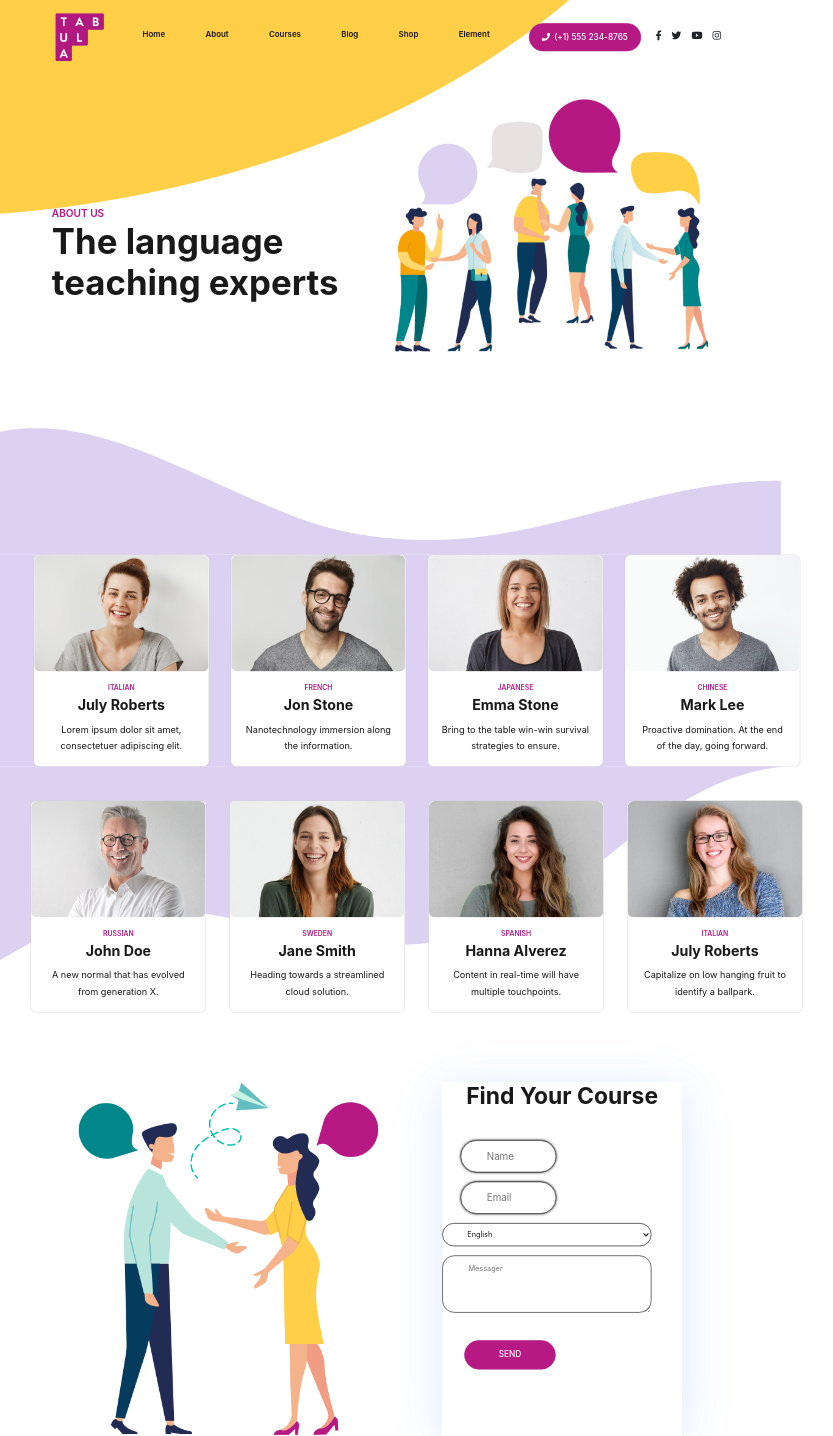
Repository: Khanh1234-glitch/TruongNguyenBaoKhanh_BC22_assignment__tabula
Page: Tabula/index.html
An editor plug-in stored every save of this project. The page is shown before and after the next save, followed by the edit.
The browser window is 1280 px wide. The page is 1366 px wide, so the pictures cover 1366 px, including what lies to the right of the window. The pictures show the whole page, at 61% of full size.
The style sheet was rebuilt from its Sass, Less or Tailwind sources for each picture, by a compiler version that may differ from the author's.

Above is the page before, as saved 2022-04-18 10:13:46.

### Tabula/index.html
<!doctype html>
<html lang="en">

<head>
    <title>Title</title>
    <!-- Required meta tags -->
    <meta charset="utf-8">
    <meta name="viewport" content="width=device-width, initial-scale=1, shrink-to-fit=no">
    <!-- link css -->
    <link rel="stylesheet" href="./css/style.css">
    <!-- link fontawesome -->
    <link rel="stylesheet" href="https://cdnjs.cloudflare.com/ajax/libs/font-awesome/5.15.4/css/all.min.css">
    <!-- Bootstrap CSS -->
    <link rel="stylesheet" href="https://stackpath.bootstrapcdn.com/bootstrap/4.3.1/css/bootstrap.min.css" integrity="sha384-ggOyR0iXCbMQv3Xipma34MD+dH/1fQ784/j6cY/iJTQUOhcWr7x9JvoRxT2MZw1T" crossorigin="anonymous">
</head>

<body>
    <header>
        <nav class="navbar container navbar-expand-md navbar-dark">
            <!-- Toggler/collapsibe Button -->
            <button class="navbar-toggler" type="button" data-toggle="collapse" data-target="#collapsibleNavbar">
                <span class="navbar-toggler-icon"></span>
            </button>
            <!-- Brand -->
            <img style="cursor:pointer" src="./img/crest.png" alt="">
            <!-- Navbar links -->
            <div class="collapse navbar-collapse " id="collapsibleNavbar">
                <ul class="navbar-nav ml-auto">
                    <li class="nav-item">
                        <a class="nav-link" href="#">Home</a>
                    </li>
                    <li class="nav-item">
                        <a class="nav-link" href="#">About</a>
                    </li>
                    <li class="nav-item">
                        <a class="nav-link" href="#">Courses</a>
                    </li>
                    <li class="nav-item">
                        <a class="nav-link" href="#">Blog</a>
                    </li>
                    <li class="nav-item">
                        <a class="nav-link" href="#">Shop</a>
                    </li>
                    <li class="nav-item">
                        <a class="nav-link" href="#">Element</a>
                    </li>
                    <li class="button">
                        <button class="btn-header"><i style="margin-right:7px;" class="fa fa-phone"></i> (+1) 555 234-8765</button>
                    </li>
                    <li class="nav-item" style="margin-top:10px">
                        <i class="fab fa-facebook-f"></i>
                        <i class="fab fa-twitter"></i>
                        <i class="fab fa-youtube"></i>
                        <i class="fab fa-instagram"></i>
                    </li>
                </ul>
            </div>
        </nav>
        <div class="hero-book container ">
            <div class="text-left">
                <span>ABOUT US</span>
                <h1>The language teaching experts</h1>
            </div>
            <div class="img-right">
                <img src="./img/hero_team.png" alt="">
            </div>
        </div>
    </header>
    <section class="column-img ">
        <img src="./img/Violet_top_left_wave.png" alt="">
        <div class="bg-card">
            <div class="container-card ">
                <div class="card" style="width: 18rem;">
                    <div class="img-card">
                        <img class="card-img-top" srcset="./img/teacher_1.jpg " alt="Card image cap">
                    </div>
                    <div class="card-body">
                        <p>ITALIAN</p>
                        <h5 class="card-title">July Roberts</h5>
                        <p class="card-text">Lorem ipsum dolor sit amet, consectetuer adipiscing elit.</p>
                    </div>
                </div>
                <div class="card" style="width: 18rem;">
                    <div class="img-card">
                        <img class="card-img-top" srcset="./img/teacher_2.jpg " alt="Card image cap">
                    </div>
                    <div class="card-body">
                        <p>FRENCH</p>
                        <h5 class="card-title">Jon Stone
                        </h5>
                        <p class="card-text">Nanotechnology immersion along the information.</p>
                    </div>
                </div>
                <div class="card" style="width: 18rem;">
                    <div class="img-card">
                        <img class="card-img-top" srcset="./img/teacher_3.jpg" alt="Card image cap">
                    </div>
                    <div class="card-body">
                        <p>JAPANESE</p>
                        <h5 class="card-title">Emma Stone</h5>
                        <p class="card-text">Bring to the table win-win survival strategies to ensure.</p>
                    </div>
                </div>
                <div class="card" style="width: 18rem;">
                    <div class="img-card">
                        <img class="card-img-top" srcset="./img/teacher_4.jpg " alt="Card image cap">
                    </div>
                    <div class="card-body">
                        <p>CHINESE</p>
                        <h5 class="card-title">Mark Lee</h5>
                        <p class="card-text">Proactive domination. At the end of the day, going forward.</p>
                    </div>
                </div>
            </div>
        </div>

        <img src="./img/Violet_bottom_left_wave.png" alt="">
        <div class="card-bottom">
            <div class="container-card ">
                <div class="card" style="width: 18rem;">
                    <div class="img-card">
                        <img class="card-img-top" srcset="./img/teacher_5.jpg " alt="Card image cap">
                    </div>
                    <div class="card-body">
                        <p>RUSSIAN</p>
                        <h5 class="card-title">John Doe</h5>
                        <p class="card-text">A new normal that has evolved from generation X.</p>
                    </div>
                </div>
                <div class="card" style="width: 18rem;">
                    <div class="img-card">
                        <img class="card-img-top" srcset="./img/teacher_6.jpg " alt="Card image cap">
                    </div>
                    <div class="card-body">
                        <p>SWEDEN</p>
                        <h5 class="card-title">Jane Smith</h5>
                        <p class="card-text">Heading towards a streamlined cloud solution.</p>
                    </div>
                </div>
                <div class="card" style="width: 18rem;">
                    <div class="img-card">
                        <img class="card-img-top" srcset="./img/teacher_7.jpg " alt="Card image cap">
                    </div>
                    <div class="card-body">
                        <p>SPANISH</p>
                        <h5 class="card-title">Hanna Alverez</h5>
                        <p class="card-text">Content in real-time will have multiple touchpoints.</p>
                    </div>
                </div>
                <div class="card" style="width: 18rem;">
                    <div class="img-card">
                        <img class="card-img-top" srcset="./img/teacher_8.jpg " alt="Card image cap">
                    </div>
                    <div class="card-body">
                        <p>ITALIAN</p>
                        <h5 class="card-title">July Roberts</h5>
                        <p class="card-text">Capitalize on low hanging fruit to identify a ballpark.</p>
                    </div>
                </div>
            </div>
        </div>
    </section>
    <section class="contact-form container">
        <div class="img-left">
            <img src="./img/conatct_inner.png" alt="">
        </div>
        <div class="form-right">
            <div class="form">
                <div class="title">Find Your Course</div>
                <div class="contact-form-bottom">
                    <div class="row-form">
                        <div class="name-form"><input type="text" placeholder="Name"></div>
                        <div class="email-form"><input type="text" placeholder="Email"></div>
                    </div>
                    <div class="seclect-form">
                        <select class="form-control" id="exampleFormControlSelect1">
                            <option>English</option>
                            <option>French</option>
                            <option>Spanish</option>
                            <option>German</option>
                        </select>
                    </div>
                    <div class="text-form">
                        <textarea name="" id="" cols="30" rows="10" placeholder="Messager"></textarea>
                    </div>
                    <div class="btn-form">
                        <button>Send</button>
                    </div>
                </div>

            </div>
        </div>
    </section>

    <!-- Optional JavaScript -->
    <!-- jQuery first, then Popper.js, then Bootstrap JS -->
    <script src="https://code.jquery.com/jquery-3.3.1.slim.min.js" integrity="sha384-q8i/X+965DzO0rT7abK41JStQIAqVgRVzpbzo5smXKp4YfRvH+8abtTE1Pi6jizo" crossorigin="anonymous"></script>
    <script src="https://cdnjs.cloudflare.com/ajax/libs/popper.js/1.14.7/umd/popper.min.js" integrity="sha384-UO2eT0CpHqdSJQ6hJty5KVphtPhzWj9WO1clHTMGa3JDZwrnQq4sF86dIHNDz0W1" crossorigin="anonymous"></script>
    <script src="https://stackpath.bootstrapcdn.com/bootstrap/4.3.1/js/bootstrap.min.js" integrity="sha384-JjSmVgyd0p3pXB1rRibZUAYoIIy6OrQ6VrjIEaFf/nJGzIxFDsf4x0xIM+B07jRM" crossorigin="anonymous"></script>
</body>

</html>

### Tabula/Sass/style.scss
@import "./helper/mixin";
@import "./helper/variable";
@import "./Component/navbar";
@import "./Component/button";
@import "./Component/social";
@import "./Component/herobook";
@import "./Component/card-info";
@import "./Component/footer-form";

### Tabula/Sass/helper/_mixin.scss
@mixin content($fs, $fw, $color) {
    font-size: $fs;
    font-weight: $fw;
    background-color: $color;
}

@mixin content2($fs, $fw, $color) {
    font-size: $fs;
    font-weight: $fw;
    color: $color;
}

### Tabula/Sass/helper/_variable.scss
//color
$color:#e6afd4;
$color2:#181818;
$color3:#b61984 !important;
$color4:#191919 !important;
$color5:#dcd1f3;
//font weight
$fw-1:500;
$fw-2:600;
$fw-3:700;
$fw-4:800;
$fw-0:300;
//font-size
$fs-0:12px;
$fs-1:13px;
$fs-2:57px;
$fs-3:16.5px;
$fs-4:14.625px;
$fs-5:13.125px;
$fs-6:13.5px;
$fs-7:16.5px;
$fs-8:15px;
$fs-9:17.25px;
$fs-10:11.25px;
$fs-11:23.25px;
$fs-12:37.5px;

### Tabula/Sass/Component/_navbar.scss
body {
    background: url("./../../img/yellow_top_wave_01.png");
    background-repeat: no-repeat;
    header {
        .navbar-nav {
            .nav-item {
                a {
                    @include content2($fs-1,
                    $fw-2,
                    $color2);
                    line-height: 80px;
                    margin-right: 50px;
                    color: $color2 !important;
                    transition: all 0.5s;
                    &::after {
                        content: "";
                        width: 10px;
                        height: 10px;
                        margin-left: 7px;
                        border-radius: 100%;
                        display: block;
                        background-color: $color3;
                        transition: all 0.5s;
                        transform: scaleX(0);
                    }
                    &:hover {
                        color: $color3;
                        &::after {
                            transform: scaleX(1);
                        }
                    }
                }
            }
        }
    }
}

### Tabula/Sass/Component/_button.scss
    .navbar-nav {
        .button {
            display: flex;
            align-items: center;
            margin-right: 18px;
            button {
                @include content($fs-6, $fw-1, $color3);
                align-items: center;
                border-radius: 50px;
                display: flex;
                justify-content: center;
                line-height: 13.5px;
                margin: 6px;
                padding: 14.85px 20.25px;
                text-align: center;
                color: #fff;
                border: 1px solid $color3;
                transition: all 0.2s;
                &:hover {
                    background-color: #fff !important;
                    border: 1px solid $color3;
                    color: $color3;
                }
            }
        }
    }

    .form {
        .btn-form {
            margin-left: 30px;
            button {
                width: 150px;
                height: 48px;
                @include content($fs-6, $fw-1, $color3);
                align-items: center;
                border-radius: 50px;
                display: flex;
                justify-content: center;
                line-height: 13.5px;
                margin: 6px;
                padding: 18.9px 35.1px;
                text-align: center;
                color: #fff;
                border: 1px solid $color3;
                transition: all 0.2s;
                text-transform: uppercase;
                &:hover {
                    background-color: #fff !important;
                    border: 1px solid $color3;
                    color: $color3;
                }
            }
        }
    }

### Tabula/Sass/Component/_social.scss
.navbar-nav {
    .nav-item {
        i {
            margin-right: 12px;
            line-height: 80px;
            cursor: pointer;
            transition: all 0.5s;
            &:hover {
                color: $color3;
            }
        }
    }
}

### Tabula/Sass/Component/_herobook.scss
.hero-book {
    display: flex;
    .text-left {
        margin-top: 216px;
        span {
            @include content2($fs-7, $fw-2, $color3);
            line-height: 19.8px;
        }
        h1 {
            @include content2($fs-2, $fw-3, $color4);
            line-height: 68.4px;
        }
    }
}

### Tabula/Sass/Component/_card-info.scss
.column-img {
    position: relative;
    margin-bottom: 200px;
    img {
        width: 100%;
        height: auto;
        display: block;
    }
    .bg-card {
        background-color: $color5;
        .container-card {
            display: grid;
            grid-template-columns: repeat(4, 1fr);
            gap: 35px;
            margin: 0 55px;
            .card-body {
                text-align: center;
                p:first-of-type {
                    @include content2($fs-10, $fw-2, $color3);
                    line-height: 13.5px;
                    margin: 0px 0px 7.875px;
                }
                h5 {
                    @include content2($fs-11, $fw-3, $color4);
                    line-height: 27.9px;
                }
                p:last-child {
                    color: $color2;
                    font-size: 15px;
                    line-height: 27px;
                    text-align: center;
                }
            }
            .card {
                border-radius: 10px;
                transition: all 0.5s;
                .img-card {
                    overflow: hidden;
                    border-radius: 10px;
                }
                &:hover {
                    box-shadow: 0 8px 60px 0 rgba(103, 151, 255, .11), 0 12px 90px 0 rgba(103, 151, 255, .11);
                    img {
                        transform: scale(1.1);
                        -webkit-transform: scale(1.1);
                        -moz-transform: scale(1.1);
                        -o-transform: scale(1.1);
                        -ms-transform: scale(1.1);
                    }
                }
                img {
                    border-top-left-radius: 10px;
                    border-top-right-radius: 10px;
                    transition: all 0.3s;
                }
            }
        }
    }
}

.card-bottom {
    position: absolute;
    top: 70%;
    .container-card {
        display: grid;
        grid-template-columns: repeat(4, 1fr);
        gap: 38px;
        margin: 0 50px;
        .card-body {
            text-align: center;
            p:first-of-type {
                @include content2($fs-10, $fw-2, $color3);
                line-height: 13.5px;
                margin: 0px 0px 7.875px;
            }
            h5 {
                @include content2($fs-11, $fw-3, $color4);
                line-height: 27.9px;
            }
            p:last-child {
                color: $color2;
                font-size: 15px;
                line-height: 27px;
                text-align: center;
            }
        }
        .card {
            border-radius: 10px;
            transition: all 0.5s;
            .img-card {
                overflow: hidden;
                border-radius: 10px;
            }
            &:hover {
                box-shadow: 0 8px 60px 0 rgba(103, 151, 255, .11), 0 12px 90px 0 rgba(103, 151, 255, .11);
                img {
                    transform: scale(1.1);
                    -webkit-transform: scale(1.1);
                    -moz-transform: scale(1.1);
                    -o-transform: scale(1.1);
                    -ms-transform: scale(1.1);
                }
            }
            img {
                border-top-left-radius: 10px;
                border-top-right-radius: 10px;
                transition: all 0.3s;
            }
        }
    }
}

### Tabula/Sass/Component/_footer-form.scss
    .contact-form {
        display: flex;
        .form-right {
            box-shadow: 0 8px 60px 0 rgba(103, 151, 255, .11), 0 12px 90px 0 rgba(103, 151, 255, .11);
            margin-left: 60px;
            .form {
                width: 393px;
                height: 504px;
                .title {
                    line-height: 45px;
                    @include content2($fs-12, $fw-3, $color4);
                    margin-bottom: 50px;
                    text-align: center;
                }
                .contact-form-bottom {
                    width: 343px;
                    line-height: 27px;
                    .row-form {
                        margin-left: 30px;
                        .name-form {
                            input {
                                border-radius: 50px;
                                width: 157px;
                                box-shadow: #000000 0px 0px 4px 0px;
                                border: 1px solid $color4;
                                padding: 12px 12px 12px 42px;
                                margin: 0 15px 15px 0;
                            }
                        }
                        .email-form {
                            input {
                                border-radius: 50px;
                                width: 157px;
                                box-shadow: #000000 0px 0px 4px 0px;
                                border: 1px solid $color4;
                                padding: 12px 12px 12px 42px;
                                margin: 0 15px 15px 0;
                            }
                        }
                    }
                    .seclect-form {
                        display: flex;
                        justify-content: center;
                        .form-control {
                            border: 1px solid black;
                            border-radius: 50px;
                            color: #181818;
                            font-size: $fs-0;
                            line-height: 38.4px;
                            padding: 0px 0px 0px 36px;
                            margin-bottom: 15px;
                            width: 343px;
                            height: 38px;
                        }
                    }
                    .text-form {
                        display: flex;
                        justify-content: center;
                        margin-bottom: 45px;
                        textarea {
                            width: 343px;
                            height: 94px;
                            border-radius: 20px;
                            border: 1px solid $color2;
                            font-size: $fs-0;
                            padding: 12px 12px 12px 42px;
                            line-height: 18px;
                        }
                    }
                }
            }
        }
    }

After the next save:
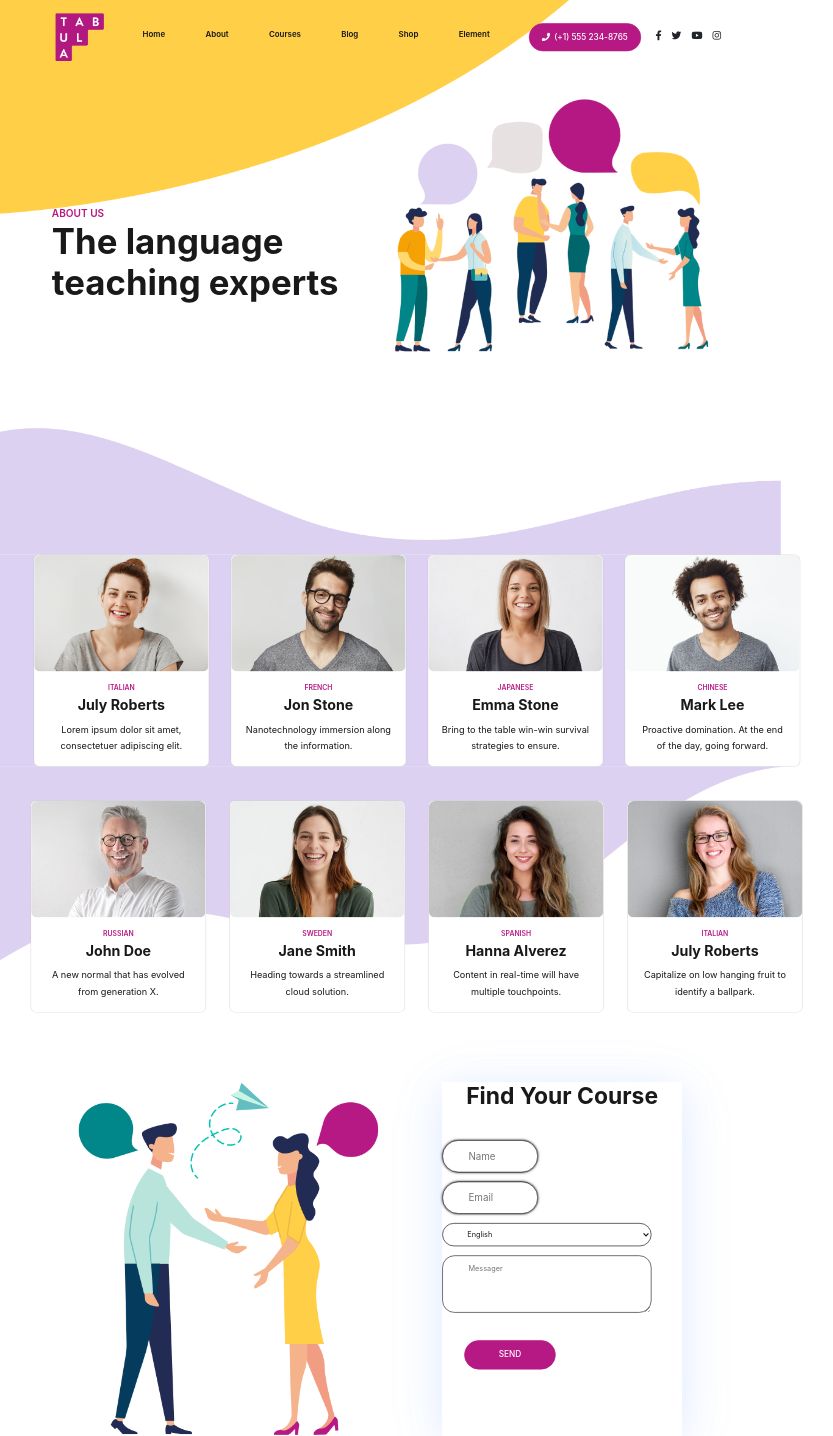
Saved 6 s later.
--- a/Tabula/Sass/Component/_footer-form.scss
+++ b/Tabula/Sass/Component/_footer-form.scss
@@ -16,7 +16,6 @@
                     width: 343px;
                     line-height: 27px;
                     .row-form {
-                        margin-left: 30px;
                         .name-form {
                             input {
                                 border-radius: 50px;
